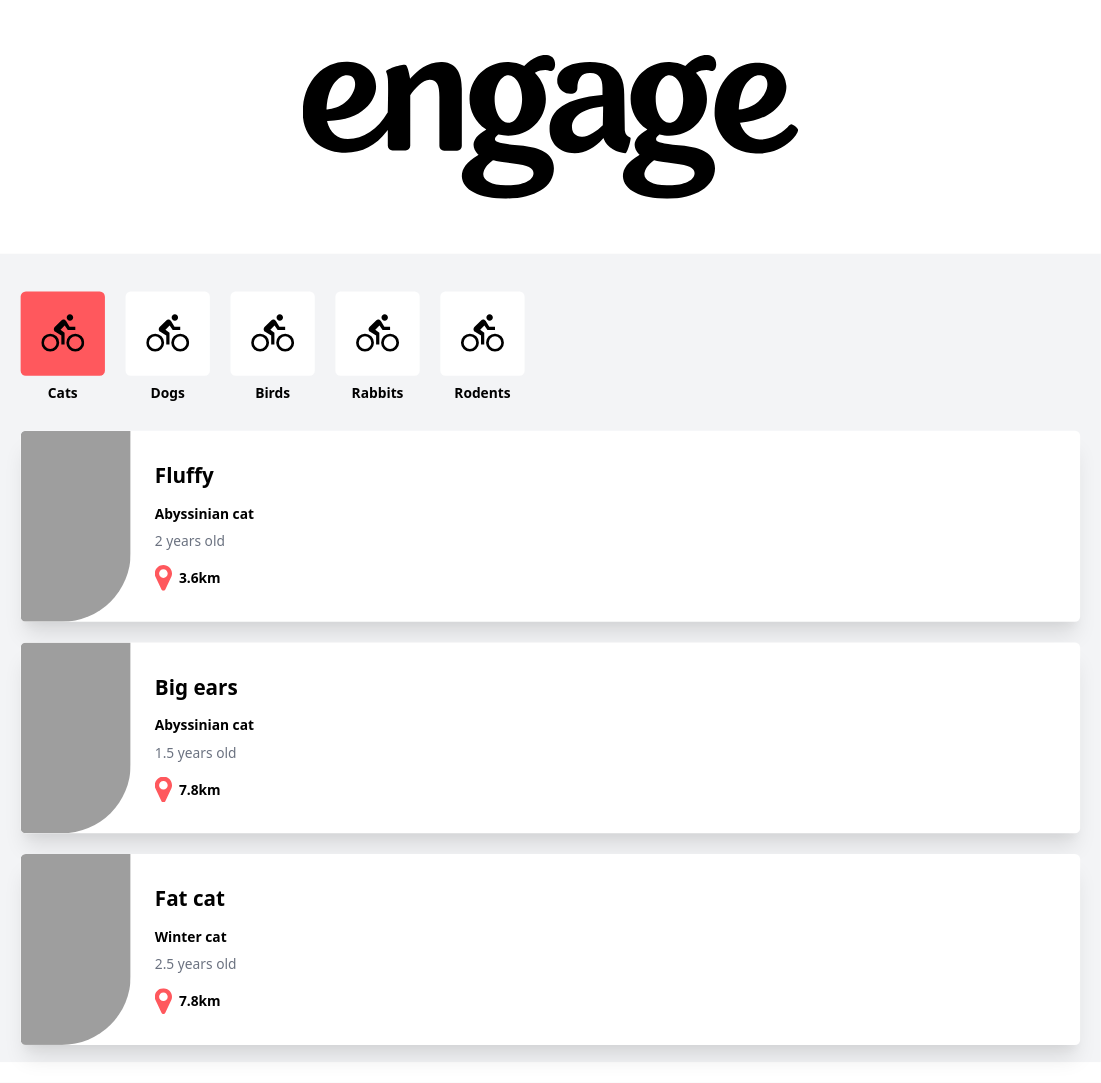
Repository: DaveBaulch/engage-tech-test
Page: /
An editor plug-in stored every save of this project. The page is shown before and after the next save, followed by the edit.
The browser window is 1280 px wide. The pictures show the whole page, at 86% of full size.
Pictures or frames that could not be fetched are drawn as grey boxes. The project was rebuilt for these pictures with package versions that can differ from the ones it lists, and the page was loaded fresh each time. Also part of the build but not shown: src/store/index.js.

Above is the page before, as saved 2021-05-25 22:40:39.

### src/main.js
import Vue from "vue";
import App from "./App.vue";
import router from "./router";
import store from "./store";
import "./tailwind.css";
import VueMeta from "vue-meta";
import gsap from "gsap";

Vue.config.productionTip = false;
Vue.use(VueMeta);

const animationIsOkay = window.matchMedia(
  "(prefers-reduced-motion:no-preference)"
).matches;

if (animationIsOkay) {
  // setup types
  const setups = {
    hide: {
      opacity: 0,
    },
  };
  setups.hideLeft = { ...setups.hide, x: -40 };
  setups.hideRight = { ...setups.hide, x: 40 };
  setups.hideUp = { ...setups.hide, y: -40 };
  setups.hideDown = { ...setups.hide, y: 40 };
  setups.hideDownFar = { ...setups.hide, y: 100 };

  // animation types
  const animations = {
    appear: {
      duration: 0.6,
      opacity: 1,
      delay: 0,
      x: 0,
      y: 0,
    },
  };
  animations.appearLong = { ...animations.appear, duration: 0.9 };
  animations.appearLongDelay = { ...animations.appearLong, delay: 0.6 };
  animations.appearShort = { ...animations.appear, duration: 0.3 };
  animations.appearShortDelay = { ...animations.appear, delay: 0.3 };
  animations.appearDelay = { ...animations.appear, delay: 0.6 };

  /**
   * v-animate directive
   * v-animate:appear
   * v-animate="{duration: 1, opacity: 1}"
   * v-animate:appear="{duration: 0.2}"
   * v-animate:appear.hide
   * v-animate.hide="{duration: 1, opacity: 1}"
   * v-animate:appear.hide="{duration: 0.2}"
   */

  Vue.directive("animate", {
    // apply setups
    bind(el, binding) {
      let setup = Object.keys(binding.modifiers);
      if (!setup.length) {
        // check for dynamic modifier
        setup = binding.arg.split(".").slice(1);
        setup = binding.arg;
      }
      if (setup.length) {
        setup.forEach((setup) => {
          gsap.set(el, setups[setup]);
        });
      }
    },

    // apply animation
    inserted(el, binding) {
      if (!binding.arg && !binding.value) {
        return; // there is no animation, only a setup
      }

      // remove any dynamic modifiers from the arg
      let arg;
      if (binding.arg) {
        [arg] = binding.arg.split(".");
      }

      // get the animation data from the argument or the value if set
      let animation = arg ? { ...animations[arg] } : binding.value;

      // override default options of animation when both argument and value exist
      if (arg && binding.value) {
        animation = { ...animation, ...binding.value };
      }

      // run gsap on element with animation data
      if (el.nodeName === "IMG" && !el.complete) {
        el.addEventListener("load", () => gsap.to(el, animation));
      } else {
        gsap.to(el, animation);
      }
    },
  });
}

new Vue({
  router,
  store,
  created() {
    const html = document.documentElement; // returns the html tag
    html.setAttribute("lang", "en");
  },
  render: (h) => h(App),
}).$mount("#app");

### src/App.vue
<template>
  <div id="app">
    <transition name="slide" mode="out-in">
      <router-view></router-view>
    </transition>
  </div>
</template>

<script>
export default {
  name: "App",
};
</script>

<style>
.slide-enter-active {
  animation: slide-in 200ms ease-out forwards;
}

.slide-leave-active {
  animation: slide-out 200ms ease-out forwards;
}

@keyframes slide-in {
  from {
    opacity: 0;
    transform: translateY(-30px);
  }
  to {
    opacity: 1;
    transform: translateY(0);
  }
}

@keyframes slide-out {
  from {
    opacity: 1;
    transform: translateY(0);
  }
  to {
    opacity: 0;
    transform: translateY(-30px);
  }
}

/* If animations are reduced at the OS level, use simpler transitions */
@media screen and (prefers-reduced-motion: reduce) {
  .slide-enter-active,
  .slide-leave-active {
    animation: none !important;
  }
}
</style>

### src/router/index.js
import Vue from 'vue';
import VueRouter from 'vue-router';
import Index from '../views/Index.vue';

Vue.use(VueRouter);

const routes = [
  {
    path: '/index/:categoryId',
    name: 'index',
    component: Index
  },
  {
    path: '/detail/:itemId',
    name: 'detail',
    // route level code-splitting
    // this generates a separate chunk (about.[hash].js) for this route
    // which is lazy-loaded when the route is visited.
    component: () =>
      import(/* webpackChunkName: "about" */ '../views/Detail.vue')
  },
  {
    path: '/enquire/:itemId',
    name: 'enquire',
    component: () =>
      import(/* webpackChunkName: "about" */ '../views/Enquire.vue')
  },
  { path: '*', redirect: '/index/cats' }
];

const router = new VueRouter({
  mode: 'history',
  base: process.env.BASE_URL,
  routes
});

export default router;

### src/views/Index.vue
<template>
  <div>
    <TheHeader />
    <main class="bg-gray-100" role="main">
      <TheNavigation />
      <TheItemList />
    </main>
  </div>
</template>

<script>
// @ is an alias to /src
import TheHeader from "@/components/global/TheHeader.vue";
import TheNavigation from "@/components/global/TheNavigation.vue";
import TheItemList from "@/components/ItemList.vue";

export default {
  name: "Home",
  components: {
    TheHeader,
    TheNavigation,
    TheItemList,
  },
  metaInfo() {
    return {
      title: "Index",
    };
  },
};
</script>

### src/components/global/TheHeader.vue
<template>
  <header class="p-16">
    <h1>
      <TheLogo
        width="50%"
        class="flex justify-center motion-reduce:transition-none"
        v-animate:appearShortDelay.hideUp
      />
    </h1>
  </header>
</template>

<script>
import TheLogo from "@/components/global/TheLogo";

export default {
  name: "TheHeader",
  components: {
    TheLogo,
  },
};
</script>

### src/components/global/TheNavigation.vue
<template>
  <nav aria-label="Categories">
    <ul class="flex items-start p-6 overflow-x-scroll mr-6" role="list">
      <TheNavigationItem
        v-for="item in navData"
        :itemData="item"
        :key="item.id"
      >
        <IconCat width="50" height="50"></IconCat>
      </TheNavigationItem>
    </ul>
  </nav>
</template>

<script>
import TheNavigationItem from "@/components/global/NavigationItem";
import IconCat from "@/assets/icon-cat";
import gsap from "gsap";

export default {
  name: "TheNavigation",
  components: {
    TheNavigationItem,
    IconCat,
  },
  computed: {
    navData() {
      return this.$store.getters["getCategorys"];
    },
  },
  mounted() {
    const animationIsOkay = window.matchMedia(
      "(prefers-reduced-motion:no-preference)"
    ).matches;

    if (animationIsOkay) {
      gsap.fromTo(
        ".nav-item",
        {
          y: 0,
          opacity: 0,
        },
        {
          y: 20,
          opacity: 1,
          duration: 0.5,
          stagger: {
            each: 0.25,
          },
        }
      );
    }
  },
};
</script>

### src/components/ItemList.vue
<template>
  <nav aria-live="polite" aria-label="Category items">
    <ul class="m-6 pt-6" role="list">
      <ItemListItem
        v-for="item in categoryItems"
        :itemData="item"
        :key="item.id"
        motion-reduce:transition-none
        motion-reduce:transform-none
      />
    </ul>
  </nav>
</template>

<script>
import ItemListItem from "@/components/ItemListItem";
import gsap from "gsap";

export default {
  name: "ItemList",
  components: {
    ItemListItem,
  },
  computed: {
    categoryItems() {
      return this.$store.getters.getCategoryItems(
        this.$route.params.categoryId
      );
    },
  },
  methods: {
    forceRerender() {
      const animationIsOkay = window.matchMedia(
        "(prefers-reduced-motion:no-preference)"
      ).matches;

      if (animationIsOkay) {
        gsap.fromTo(
          ".list-item",
          {
            y: 0,
            opacity: 0,
          },
          {
            y: -20,
            opacity: 1,
            duration: 1,
            stagger: {
              each: 0.5,
            },
          }
        );
      }
    },
  },
  mounted() {
    this.forceRerender();
  },
  updated() {
    this.forceRerender();
  },
};
</script>

### src/components/ui/BasePin.vue
<template>
  <div class="flex items-center mt-4">
    <img :src="pin" alt="" role="presentation" width="20" />
    <p v-html="location" class="font-semibold ml-2" />
  </div>
</template>

<script>
import mapPin from "@/assets/icon-map-pin.svg";

export default {
  name: "BasePin",
  props: {
    location: {
      type: String,
      default: "",
      required: true,
    },
  },
  data() {
    return {
      pin: mapPin,
    };
  },
};
</script>

### src/components/global/TheLogo.vue
<template>
  <router-link to="/"
    ><img :src="logo" :alt="alt" :width="width"
  /></router-link>
</template>

<script>
import logo from '@/assets/logo.svg';

export default {
  name: 'TheLogo',
  props: {
    src: {
      type: String,
      default: logo,
      required: false
    },
    alt: {
      type: String,
      default: 'Engage',
      required: false
    },
    width: {
      type: String,
      default: '100%',
      required: false
    }
  },

  data() {
    return {
      logo: this.src || logo
    };
  }
};
</script>

### src/components/global/NavigationItem.vue
<template>
  <li class="nav-item mr-6">
    <router-link
      :to="{ name: 'index', params: { categoryId: itemData.categoryId } }"
    >
      <div class="flex flex-col bg-white p-6 mb-2 rounded-md">
        <slot></slot>
      </div>
      <span class="flex justify-center font-semibold">
        {{ itemData.title }}
      </span>
    </router-link>
  </li>
</template>

<script>
export default {
  name: "NavigationItem",

  props: {
    itemData: {
      type: Object,
      required: true,
    },
  },
};
</script>

<style scoped>
.router-link-active div {
  background-color: #ff585d;
}

svg.icon {
  width: 50px;
  height: 50px;
}

svg.icon:hover {
  fill: #ffffff; /* TODO */
}
</style>

### src/assets/icon-cat.vue
<template>
  <svg width="24" height="24" viewBox="0 0 24 24" class="icon">
    <path
      d="M5,20.5A3.5,3.5 0 0,1 1.5,17A3.5,3.5 0 0,1 5,13.5A3.5,3.5 0 0,1 8.5,17A3.5,3.5 0 0,1 5,20.5M5,12A5,5 0 0,0 0,17A5,5 0 0,0 5,22A5,5 0 0,0 10,17A5,5 0 0,0 5,12M14.8,10H19V8.2H15.8L13.86,4.93C13.57,4.43 13,4.1 12.4,4.1C11.93,4.1 11.5,4.29 11.2,4.6L7.5,8.29C7.19,8.6 7,9 7,9.5C7,10.13 7.33,10.66 7.85,10.97L11.2,13V18H13V11.5L10.75,9.85L13.07,7.5M19,20.5A3.5,3.5 0 0,1 15.5,17A3.5,3.5 0 0,1 19,13.5A3.5,3.5 0 0,1 22.5,17A3.5,3.5 0 0,1 19,20.5M19,12A5,5 0 0,0 14,17A5,5 0 0,0 19,22A5,5 0 0,0 24,17A5,5 0 0,0 19,12M16,4.8C17,4.8 17.8,4 17.8,3C17.8,2 17,1.2 16,1.2C15,1.2 14.2,2 14.2,3C14.2,4 15,4.8 16,4.8Z"
    ></path>
  </svg>
</template>

### src/components/ItemListItem.vue
<template>
  <li class="mb-6">
    <router-link
      :to="{ name: 'detail', params: { itemId: itemData.id } }"
      class="list-item"
    >
      <article class="flex bg-white rounded-md shadow-xl">
        <div
          class="
            overflow-hidden
            rounded-tl-md rounded-bl-md rounded-br-md rounded-br-card
            w-32
          "
        >
          <img
            :src="itemData.image"
            :alt="itemData.name"
            class="object-cover h-full"
          />
        </div>
        <div class="p-7 flex-1">
          <dl>
            <dt>
              <h2 class="text-2xl font-bold mt-2">{{ itemData.name }}</h2>
            </dt>
            <dd class="text-l font-semibold mt-4">
              <p v-html="itemData.type" />
            </dd>
            <dd class="mt-2">
              <p class="text-gray-500" v-html="itemData.age" />
            </dd>
            <dd>
              <MapPin :location="itemData.location" />
            </dd>
          </dl>
        </div>
      </article>
    </router-link>
  </li>
</template>

<script>
import MapPin from "@/components/ui/BasePin";

export default {
  name: "BaseCard",
  components: {
    MapPin,
  },
  props: {
    itemData: {},
  },
};
</script>

### tailwind.config.js
module.exports = {
  purge: ["./index.html", "./src/**/*.{vue,js,ts,jsx,tsx}"],
  darkMode: false, // or 'media' or 'class'
  theme: {
    borderRadius: {
      none: "0",
      sm: "0.125rem",
      md: "0.375rem",
      lg: "0.5rem",
      full: "9999px",
      large: "12px",
      card: "5rem",
    },
    extend: {
      colors: {
        "brand-red": "#ff585d",
      },
    },
  },
  variants: {
    transitionProperty: ["responsive", "motion-safe", "motion-reduce"],
  },
  plugins: [],
};

Loaded but not shown: public/index.html (common file); src/tailwind.css (common file); src/assets/css/tailwind.css (common file)

After the next save:
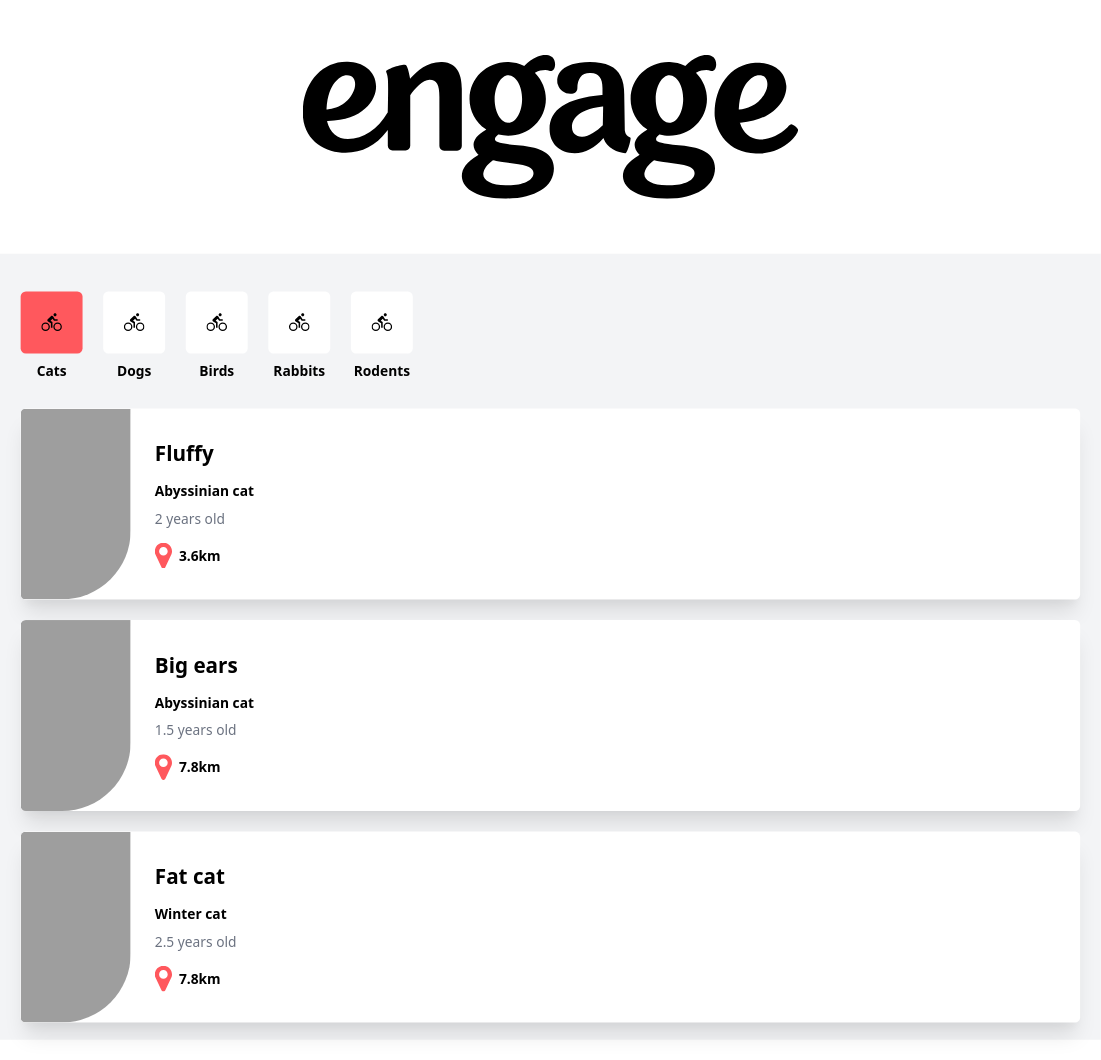
Saved 76 s later.
--- a/src/components/global/TheNavigation.vue
+++ b/src/components/global/TheNavigation.vue
@@ -6,7 +6,11 @@
         :itemData="item"
         :key="item.id"
       >
-        <IconCat width="50" height="50"></IconCat>
+        <svg width="24" height="24" viewBox="0 0 24 24" class="icon">
+          <path
+            d="M5,20.5A3.5,3.5 0 0,1 1.5,17A3.5,3.5 0 0,1 5,13.5A3.5,3.5 0 0,1 8.5,17A3.5,3.5 0 0,1 5,20.5M5,12A5,5 0 0,0 0,17A5,5 0 0,0 5,22A5,5 0 0,0 10,17A5,5 0 0,0 5,12M14.8,10H19V8.2H15.8L13.86,4.93C13.57,4.43 13,4.1 12.4,4.1C11.93,4.1 11.5,4.29 11.2,4.6L7.5,8.29C7.19,8.6 7,9 7,9.5C7,10.13 7.33,10.66 7.85,10.97L11.2,13V18H13V11.5L10.75,9.85L13.07,7.5M19,20.5A3.5,3.5 0 0,1 15.5,17A3.5,3.5 0 0,1 19,13.5A3.5,3.5 0 0,1 22.5,17A3.5,3.5 0 0,1 19,20.5M19,12A5,5 0 0,0 14,17A5,5 0 0,0 19,22A5,5 0 0,0 24,17A5,5 0 0,0 19,12M16,4.8C17,4.8 17.8,4 17.8,3C17.8,2 17,1.2 16,1.2C15,1.2 14.2,2 14.2,3C14.2,4 15,4.8 16,4.8Z"
+          ></path>
+        </svg>
       </TheNavigationItem>
     </ul>
   </nav>
